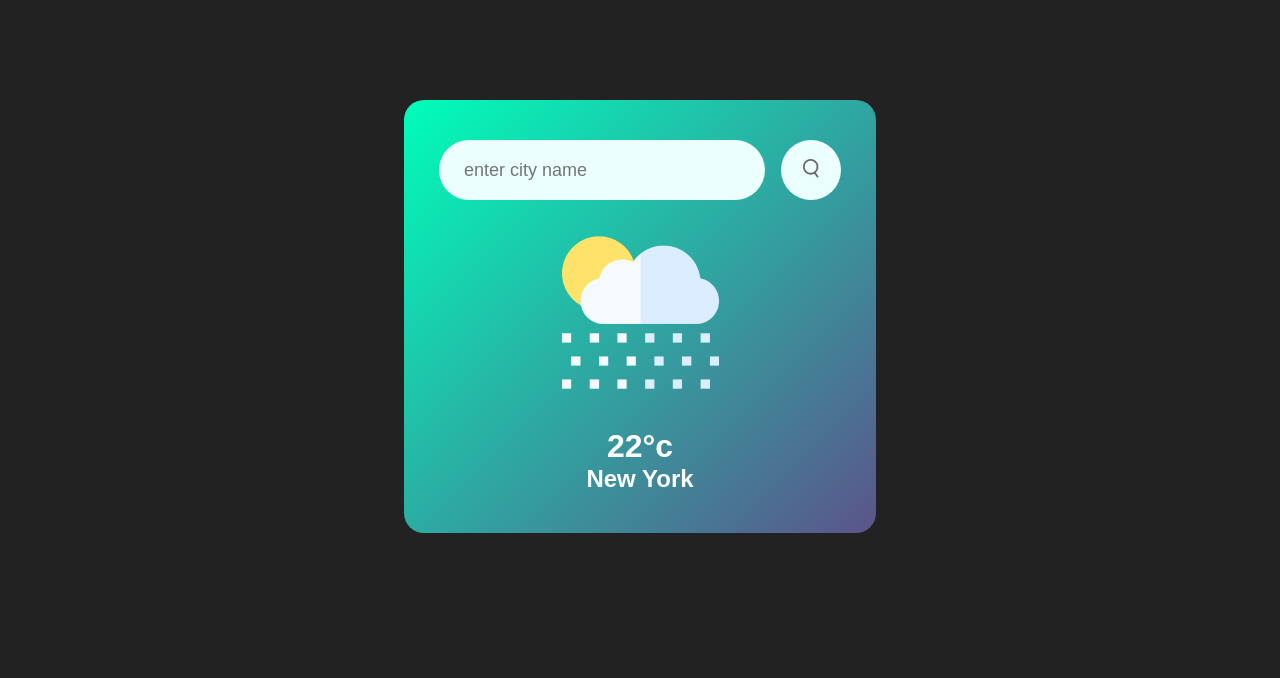
Repository: Rohit-foryou/Weather-app
Page: Weather App/Weather.html
The author's editor kept a copy of each file at every save. The page is drawn from the files as they stood at one save, then again after the next save.
The browser window is 1280 px wide. The pictures show the whole page.

Above is the page before, as saved 2023-12-13 14:27:21.

### Weather App/Weather.html
<!DOCTYPE html>
<html lang="en">
<head>
    <meta charset="UTF-8">
    <meta name="viewport" content="width=device-width, initial-scale=1.0">
    <link rel="stylesheet" href="Weather.css">
    <title>Weather</title>
</head>
<body>
    <div class="card">
        <div class="search">
            <input type="text" placeholder="enter city name" spellcheck="false">
            <button><img src="Weather(Images)/search.png" alt=""></button>
        </div>
        <div class="weather">
            <img src="Weather(Images)/rain.png" class="weather-icon">
            <h1>22°c</h1>
            <h2>New York</h2>
        </div>
    </div>
</body>
</html>

### Weather App/Weather.css
*{
    margin: 0;
    padding: 0;
    font-family: 'Poppins', sans-serif;
    box-sizing: border-box;
}

body{
    background: #222;
}

.card{
    width: 90%;
    max-width: 472px;
    background: linear-gradient(135deg, #00feba, #5b548a);
    color: #fff;
    margin: 100px auto 0;
    border-radius: 20px;
    padding: 40px 35px;
    text-align: center;
}

.search{
    width: 100%;
    display: flex;
    align-items: center;
    justify-content: space-between;
}

.search input{
    border: 0;
    outline: 0;
    background: #ebfffc;
    color: #555;
    padding: 10px 25px;
    height: 60px;
    border-radius: 30px;
    flex: 1;
    margin-right: 16px;
    font-size: 18px;
}

.search button{
    border: 0;
    outline: 0;
    background: #ebfffc;
    border-radius: 50%;
    width: 60px;
    height: 60px;
    cursor: pointer;
}

.search button img{
    width: 16px;
}

After the next save:
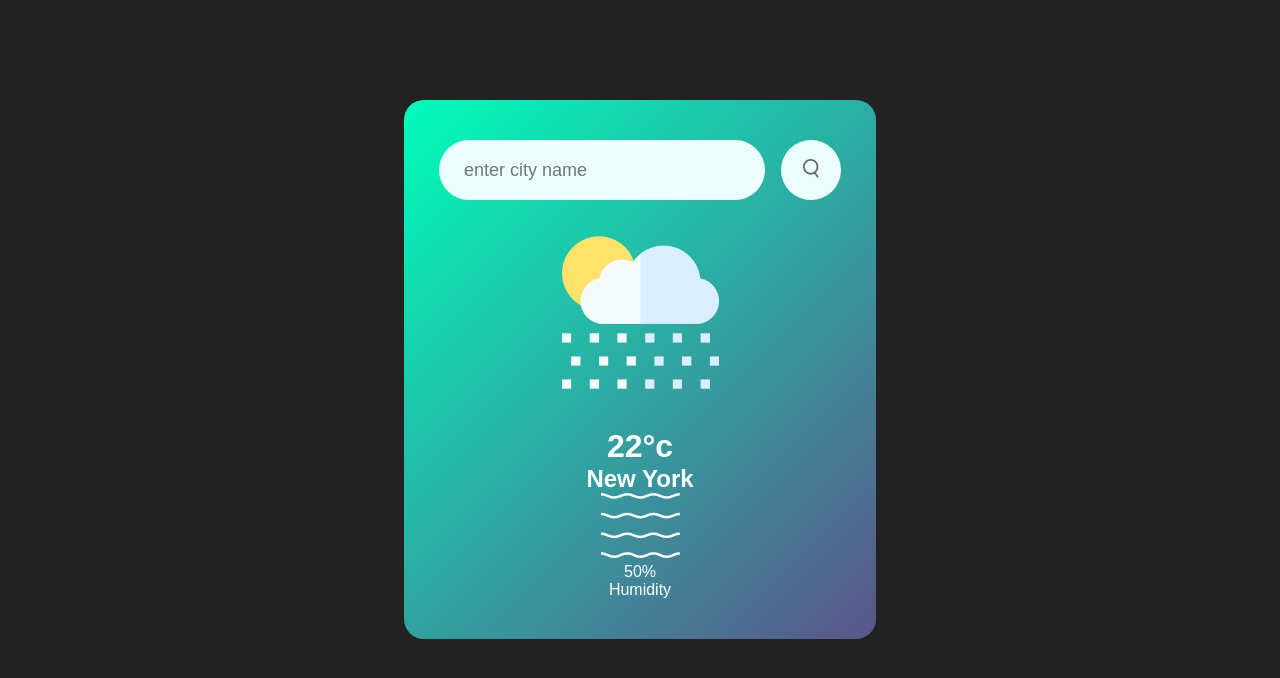
Saved 3 min 8 s later.
--- a/Weather App/Weather.html
+++ b/Weather App/Weather.html
@@ -16,6 +16,15 @@
             <img src="Weather(Images)/rain.png" class="weather-icon">
             <h1>22°c</h1>
             <h2>New York</h2>
+            <div class="details">
+                <div class="col">
+                    <img src="Weather(Images)/humidity.png">
+                    <div>
+                        <p class="humidity">50%</p>
+                        <p>Humidity</p>
+                    </div>
+                </div>
+            </div>
         </div>
     </div>
 </body>
